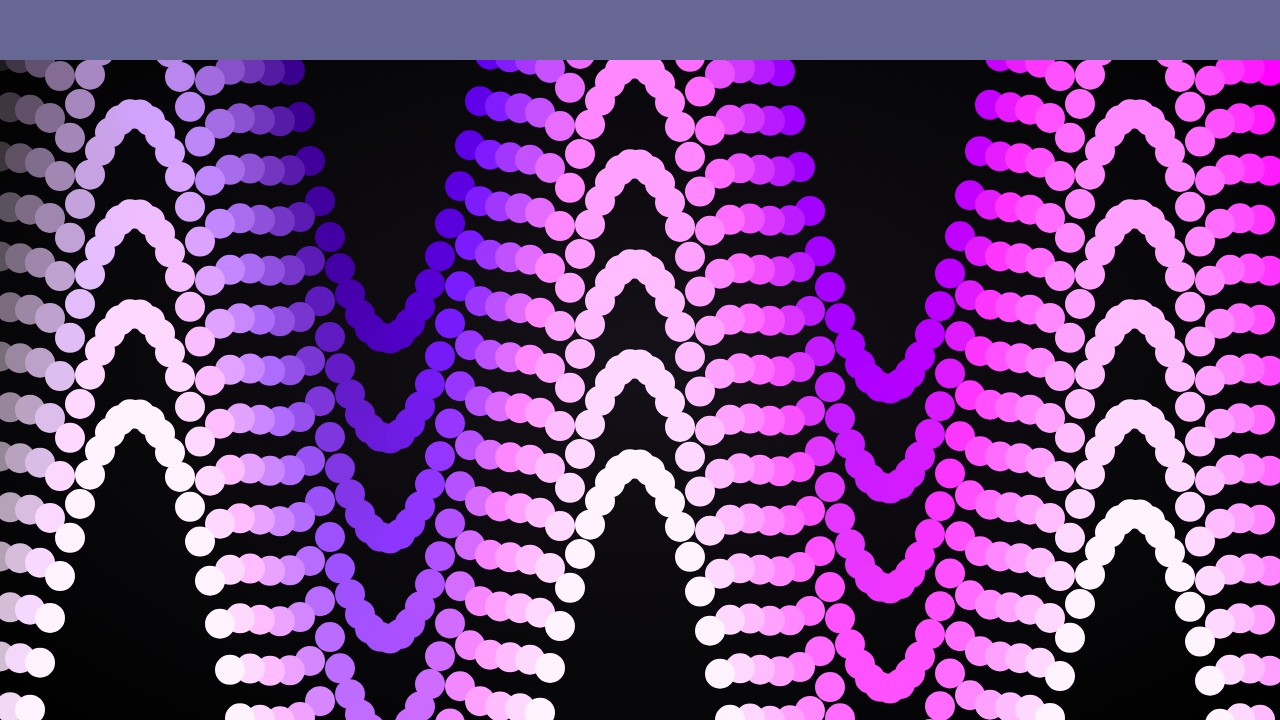
Repository: Iban-del/ProjetBacIban
Page: index.html
The author's editor kept a copy of each file at every save. The page is drawn from the files as they stood at one save, then again after the next save.
The browser window is 1280 px wide. The pictures show the whole page.

Above is the page before, as saved 2025-02-19 20:26:47.

After the next save:
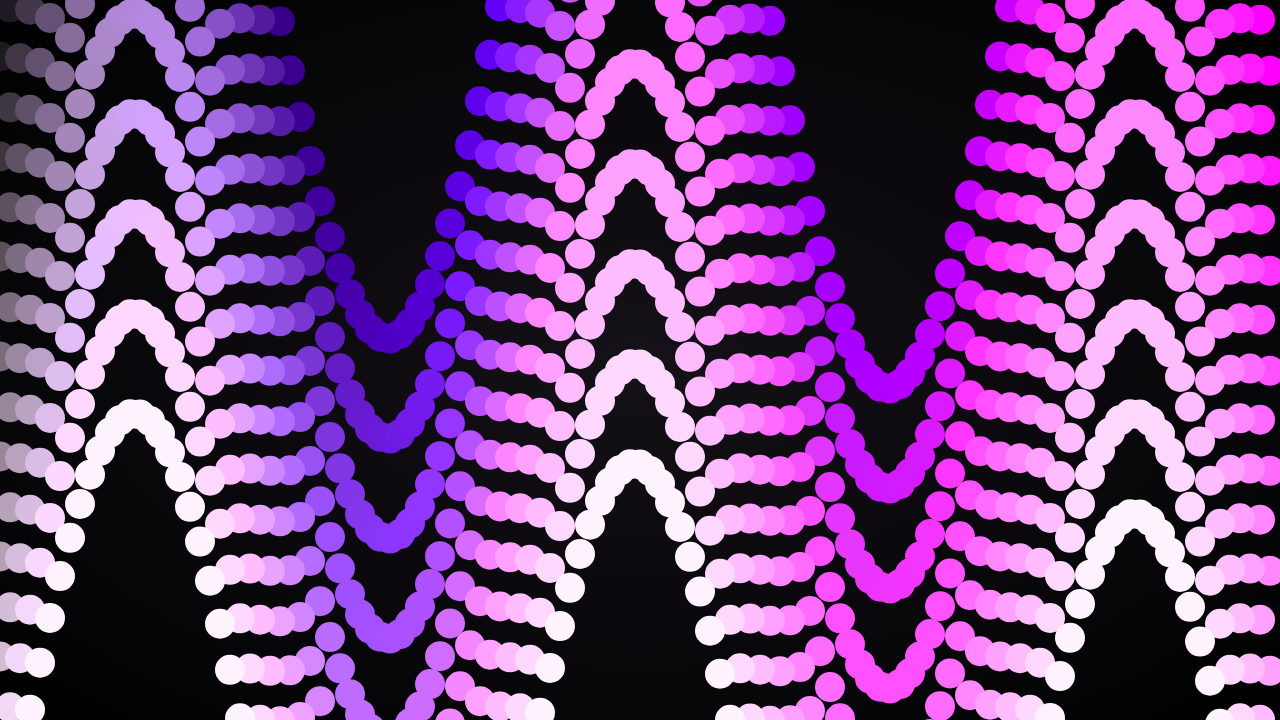
Saved 4 s later.
--- a/index.html
+++ b/index.html
@@ -10,7 +10,7 @@
     <canvas id="canvas-background"></canvas>
 </head>
 <body>
-    <nav class="navBar"></nav>
+
 
 </body>
 </html>
